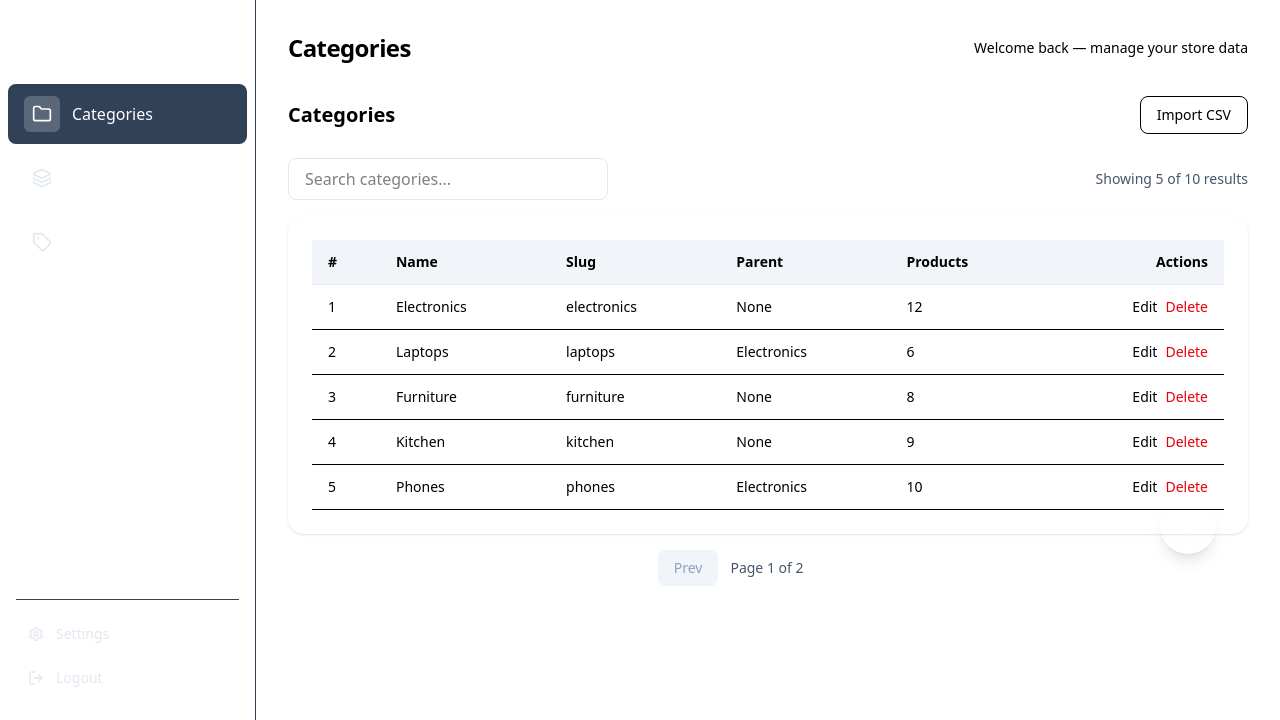
Repository: Ndegwa2/MulistorePOS
Page: /
The author's editor kept a copy of each file at every save. The page is drawn from the files as they stood at one save, then again after the next save.
The browser window is 1280 px wide. The pictures show the whole page.
The project was rebuilt for these pictures with package versions that can differ from the ones it lists, and the page was loaded fresh each time. Also part of the build but not shown: vite.config.js, Frontend/EditModal.jsx, Frontend/DeleteConfirm.jsx, Frontend/subcategory.jsx, Frontend/brand.jsx.

Above is the page before, as saved 2025-10-03 10:18:39.

After the next save:
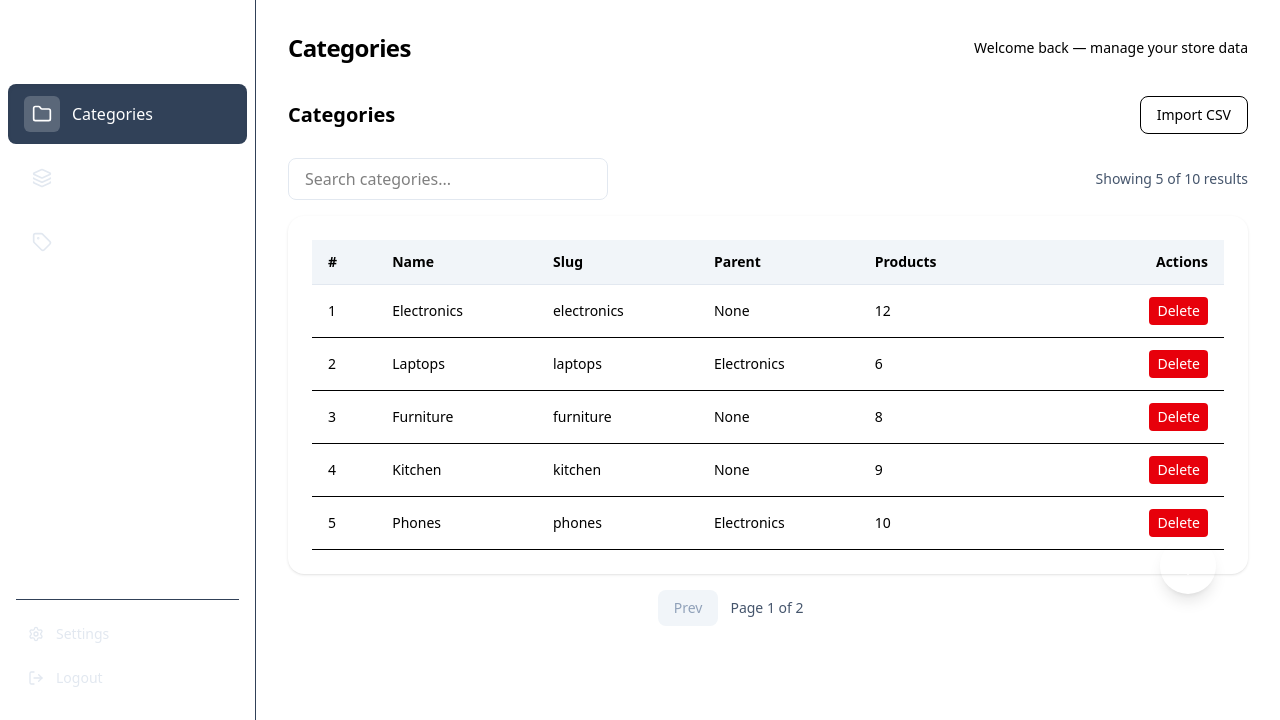
Saved 25 s later.
--- a/Frontend/categoryPanel.jsx
+++ b/Frontend/categoryPanel.jsx
@@ -128,13 +128,13 @@ export default function CategoryPanel() {
                 <td className="py-3 px-4 text-right space-x-2">
                   <button
                     onClick={() => handleEdit(cat)}
-                    className="text-primary hover:underline"
+                    className="bg-primary text-white px-2 py-1 rounded hover:bg-slate-700"
                   >
                     Edit
                   </button>
                   <button
                     onClick={() => handleDelete(cat)}
-                    className="text-red-600 hover:underline"
+                    className="bg-red-600 text-white px-2 py-1 rounded hover:bg-red-700"
                   >
                     Delete
                   </button>
